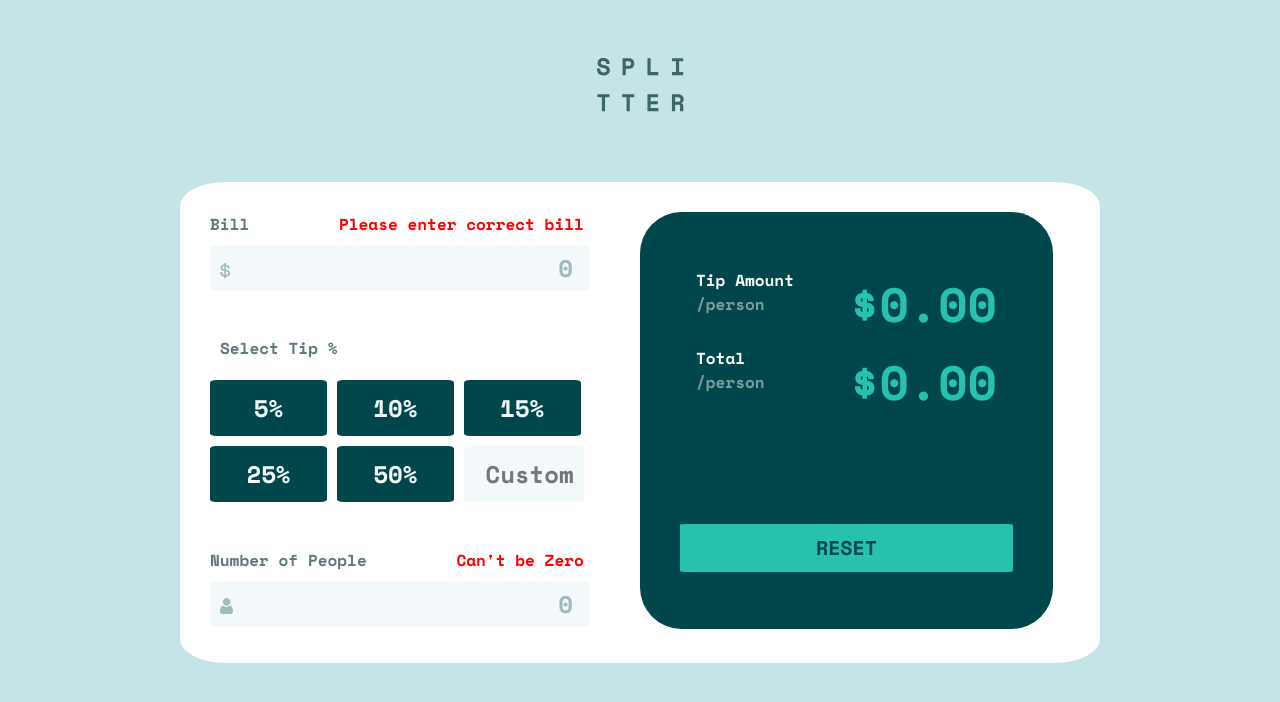
Repository: Arkitecth/tip-calculator
Page: index.html
The author's editor kept a copy of each file at every save. The page is drawn from the files as they stood at one save, then again after the next save.
The browser window is 1280 px wide. The pictures show the whole page.

Above is the page before, as saved 2023-06-09 21:14:15.

### index.html
<!DOCTYPE html>
<html lang="en">
<head>
  <meta charset="UTF-8">
  <meta name="viewport" content="width=device-width, initial-scale=1.0"> <!-- displays site properly based on user's device -->

  <link rel="icon" type="image/png" sizes="32x32" href="./images/favicon-32x32.png">
  <link rel="stylesheet" href="styles.css">
  <title>Tip calculator app</title>

</head>
<body>

  <main>
    <img src="images/logo.svg" alt="logo">
      <div class="app">
        <div class="entry">
          <div class="bill-entry">
            <p>Bill   <span class="error-message">Please enter correct bill</span></p>
            <img src="images/icon-dollar.svg" alt="dollar sign"><input class="entry-input" type="text" name="Bill" id="Bill" placeholder="0">

          </div>

          <div class="tip-entry">
            <p>Select Tip %</p>
            <input type="button" value="5%">
            <input type="button" value="10%">
            <input type="button" value="15%">
            <input type="button" value="25%">
            <input type="button" value="50%">
            <input class="custom" type="text" placeholder="Custom">
          </div>

          <div class="people-entry">
            <p>Number of People
              <span class="error-message">Can't be Zero</span>
            </p>
            <img src="images/icon-person.svg" alt="person sign"><input class="entry-input" type="text" name="people-entry" id="people-entry" placeholder="0">
          </div>

        </div>

        <div class="result">
          <div class="tip">
            <p class="title">Tip Amount
              <br>
              <span class="grey-color">/person</span>
            </p>
            <h1 class="amount">$0.00</h1>

          </div>

          <div class="total">
            <p class="title">Total
              <br>
              <span class="grey-color">/person</span>
            </p>
            <h1 class="amount">$0.00</h1>
          </div>
          <button class="reset-button">Reset</button>
        </div>


  </div>
  </main>





</body>
</html>

### styles.css
@import url('https://fonts.googleapis.com/css2?family=Space+Mono:wght@700&display=swap');
* {
    margin: 0;
    padding: 0;
    font-family: 'Space Mono', monospace;
}

/* Main Styling */
body {
    background-color: #C5E4E7;

}

main {
    display: flex;
    flex-direction: column;
    justify-content: center;
    align-items: center;
    align-content: center;
    height: 100vh;
    gap: 70px;
}

/* App Styling */

.app {
    width: 920px;
    height: 481px;
    background-color: white;
    border-radius: 5%;
    display: grid;
    grid-template-columns: 1fr 1fr;
}

/* Entry Styling */

.entry {
    display: grid;
    padding-top: 30px;
    grid-template-rows: auto auto auto;
    padding-left: 30px;
    justify-content: center;
    color: #5E7A7D;
}

.entry p {
    margin-bottom: 10px;
}

.entry-input {
    background-color:#f3F9FA;
    width: 379px;
    height: 45px;
    border: none;
    border-radius: 2%;
    text-align: right;
    font-size: 1.5rem;
    color: #00474B;

}

.entry-input:focus,
.tip-entry input.custom:focus{
    outline: none;
    border: 1px solid #26C2AE;

}

.entry-input::placeholder {
    text-align: right;
    font-size: 1.5rem;
    color:#00474B;
    opacity: 0.35;
    padding: 1rem;

}

/* Bill Styling */

.bill-entry {
    position: relative;
}

.bill-entry img {
    position: absolute;
    top: 50px;
    left: 10px;
}

p.error-message {
    color: red;
    display: none;
}
span.error-message {
    color: red;
    text-align: right;
    padding-left: 80px;
}
.toggle {
    display: block;
}

/* Tip Entry */
.tip-entry p {
    padding: 10px;
}
.tip-entry input[type="button"] {
    width: 117px;
    padding: 10px;
    margin-bottom: 10px;
    background-color:#00474B;
    color: #f3F9FA;
    font-size: 1.5rem;
    border: none;
    border-radius: 5%;
    font-weight: 700;
}

.tip-entry input[type="button"]:active,
.tip-entry input[type="button"]:hover {
    background-color: #26C2AE;
}
.tip-entry input[type="button"]:active {
    transform: translateY(4px);
}

.tip-entry input.custom {
    background-color: #F3F9FA;
    width: 100px;
    text-align: right;
    padding: 10px;
    margin-bottom: 10px;
    color: #f3F9FA;
    font-size: 1.5rem;
    border: none;
    border-radius: 5%;
    font-weight: 700;
    color:#547878;
}



/* People Entry Styling */
.people-entry {
    position: relative;
}
.people-entry img {
    position: absolute;
    top: 50px;
    left: 10px;
}

/* Result Styling */
.result {
    display: flex;
    flex-direction: column;
    background-color: #00474B;
    align-content: center;
    justify-content: space-evenly;
    border-radius: 10%;
    margin-top: 30px;
    width: 413px;
    height: 417px;
}

/* Tip Syling */
.tip {
    display: flex;
    flex-direction: row;
    justify-content: space-evenly;
    align-content: center;

}

.title {
    color: #FFFFFF;
    width: 98px;
}

.grey-color {
    color: #7F9D9F;
}

.amount {
    color: #26C2AE;
    font-size: 48px;
}

.total {
    display: flex;
    justify-content: space-evenly;
    transform: translateY(-50px);
}

/* Rest Button */
.reset-button {
    width: 333px;
    height: 48px;
    margin: 0 auto;
    text-transform: uppercase;
    font-size: 20px;
    background-color: #26C2AE;
    color: #00474B;
    border: none;
    border-radius: 2%;
}

.reset-button:hover,
.reset-button:active{
    background-color: #9FE8DF
}
.reset-button:active{
    transform: translateY(4px);
}

@media screen and (max-width:956px) {

    main {
        justify-content: flex-start;
    }
    .app {
        display: grid;
        height: fit-content;
        width: 375px;

    }
    .entry-input {
        width: 311px;
    }
    .tip-entry p {
        padding: 15px 0;
    }
    .tip-entry input[type="button"]  {
        width: 146.63px;
    }
    .people-entry p {
        padding-top: 20px;
    }

    .people-entry img {
        transform: translateY(20px);
    }
    .result {
        width: 328px;
        margin: 10px auto;
        grid-row: 2;
        font-size: 16px;
        justify-content: space-around;
        margin-top: 20px;
        height: 257px;
        margin-left: 20px;
    }

    .total {
        transform: translate(0);
    }

    .reset-button {
        width: 281px;
    }

    .amount {
        font-size: 32px;
    }
}

After the next save:
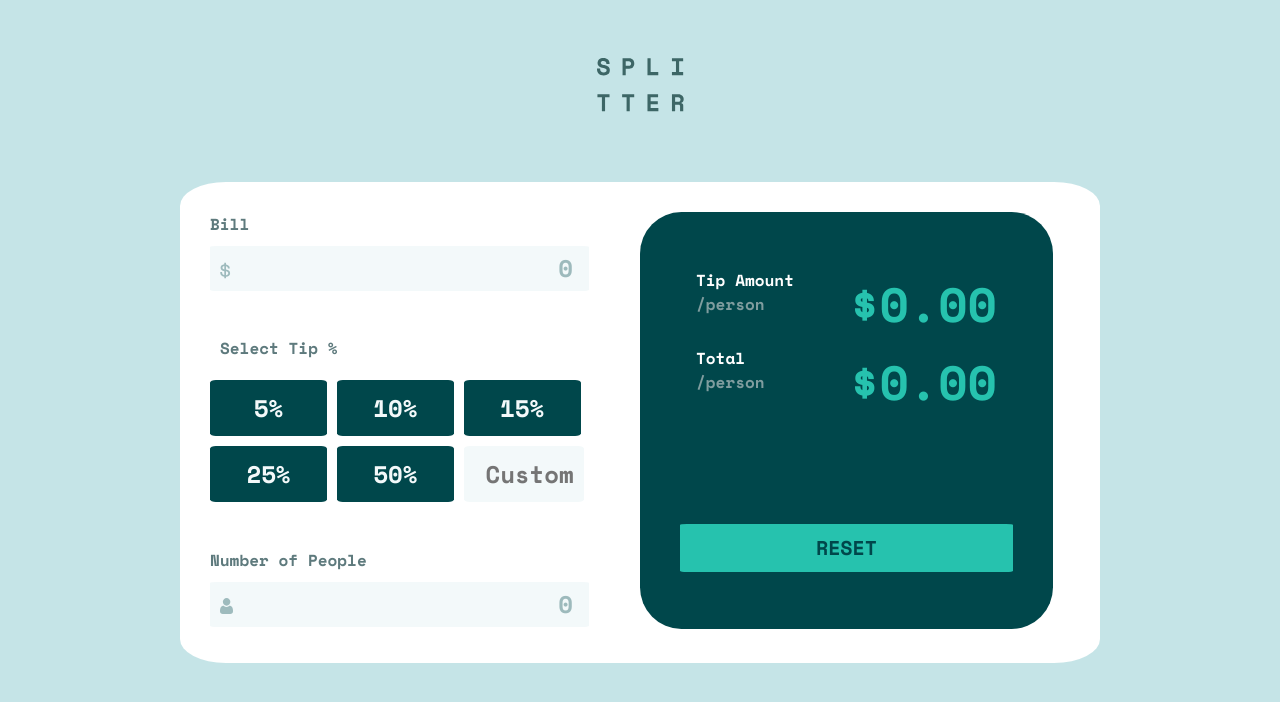
Saved 8 s later.
--- a/styles.css
+++ b/styles.css
@@ -87,14 +87,11 @@
     left: 10px;
 }
 
-p.error-message {
-    color: red;
-    display: none;
-}
 span.error-message {
     color: red;
     text-align: right;
     padding-left: 80px;
+    display: none;
 }
 .toggle {
     display: block;

After the save that followed:
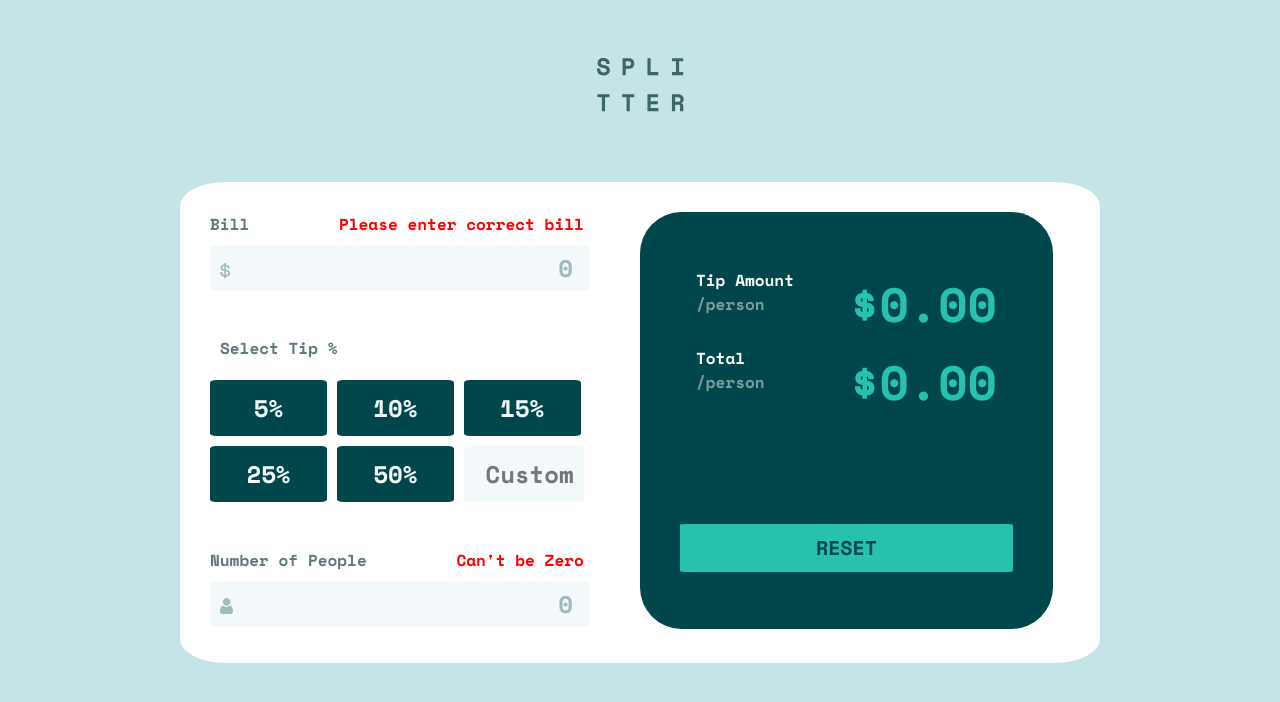
Saved 5 s later.
--- a/styles.css
+++ b/styles.css
@@ -91,7 +91,7 @@
     color: red;
     text-align: right;
     padding-left: 80px;
-    display: none;
+    /* display: none; */
 }
 .toggle {
     display: block;
